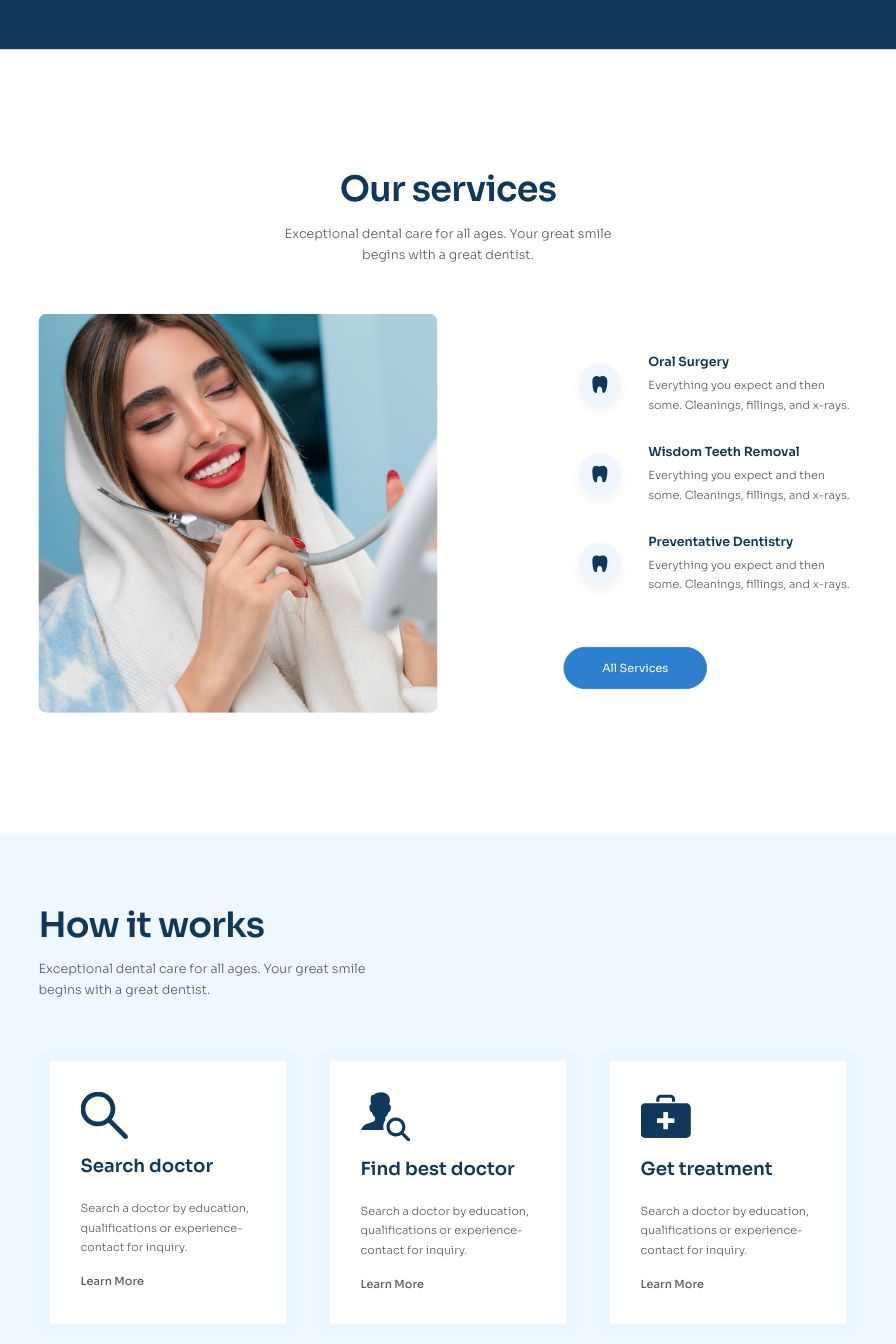
Repository: han2003dz/f8-project-03
Page: index.html
An editor plug-in stored every save of this project. The page is shown before and after a run of saves, followed by the edit.
The browser window is 1280 px wide. The pictures show the part of the page from y = 695 to 2615 px (the page is 6000 px tall), at 70% of full size.

Above is the page before, as saved 2023-05-06 21:57:42.

### index.html
<!DOCTYPE html>
<html lang="en">

<head>
    <meta charset="UTF-8">
    <meta http-equiv="X-UA-Compatible" content="IE=edge">
    <meta name="viewport" content="width=device-width, initial-scale=1.0">
    <title>Shine Smile</title>
    <!-- favicon -->
    <link rel="apple-touch-icon" sizes="57x57" href="./assets/favicon/apple-icon-57x57.png">
    <link rel="apple-touch-icon" sizes="60x60" href="./assets/favicon/apple-icon-60x60.png">
    <link rel="apple-touch-icon" sizes="72x72" href="./assets/favicon/apple-icon-72x72.png">
    <link rel="apple-touch-icon" sizes="76x76" href="./assets/favicon/apple-icon-76x76.png">
    <link rel="apple-touch-icon" sizes="114x114" href="./assets/favicon/apple-icon-114x114.png">
    <link rel="apple-touch-icon" sizes="120x120" href="./assets/favicon/apple-icon-120x120.png">
    <link rel="apple-touch-icon" sizes="144x144" href="./assets/favicon/apple-icon-144x144.png">
    <link rel="apple-touch-icon" sizes="152x152" href="./assets/favicon/apple-icon-152x152.png">
    <link rel="apple-touch-icon" sizes="180x180" href="./assets/favicon/apple-icon-180x180.png">
    <link rel="icon" type="image/png" sizes="192x192" href="./assets/favicon/android-icon-192x192.png">
    <link rel="icon" type="image/png" sizes="32x32" href="./assets/favicon/favicon-32x32.png">
    <link rel="icon" type="image/png" sizes="96x96" href="./assets/favicon/favicon-96x96.png">
    <link rel="icon" type="image/png" sizes="16x16" href="./assets/favicon/favicon-16x16.png">
    <link rel="manifest" href="./assets/favicon/manifest.json">
    <meta name="msapplication-TileColor" content="#ffffff">
    <meta name="msapplication-TileImage" content="./assets/favicon/ms-icon-144x144.png">
    <meta name="theme-color" content="#ffffff">
    <!-- embed font -->
    <link rel="preconnect" href="https://fonts.googleapis.com">
    <link rel="preconnect" href="https://fonts.gstatic.com" crossorigin>
    <link href="https://fonts.googleapis.com/css2?family=Sora:wght@300;400;500;600;700&display=swap" rel="stylesheet">
    <!-- my css -->
    <link rel="stylesheet" href="/assets/css/reset.css">
    <link rel="stylesheet" href="/assets/css/style.css">
</head>

<body style="height: 6000px;">
    <header class="header">
        <div class="container">
            <!-- nav -->
            <div class="navigation">
                <a href="#!">
                    <div class="logo">
                        <span class="logo__circle"></span>
                        <span class="logo__text">
                            <span class="logo__brand">shine</span>
                            <span class="logo__brand logo__brand--small">smile</span>
                        </span>
                    </div>
                </a>
                <nav class="navbar">
                    <ul class="nav__list">
                        <li class="nav__item">
                            <a href="#!" class="nav__link nav__link--active">Home</a>
                        </li>
                        <li class="nav__item">
                            <a href="#!" class="nav__link">Services</a>
                        </li>
                        <li class="nav__item">
                            <a href="#!" class="nav__link">About</a>
                        </li>
                        <li class="nav__item">
                            <a href="#!" class="nav__link">Doctors</a>
                        </li>
                    </ul>
                </nav>
                <!-- action -->
                <div class="header-action">
                    <a href="#!" class="header-action__login">Log In</a>
                    <button href="#!" class="header-action__sign-up btn">Sign Up</button>
                </div>
            </div>
            <!-- hero -->
            <section class="hero">
                <!-- hero content -->
                <div class="hero__content">
                    <h1 class="hero__heading">Exceptional dental care for all ages.</h1>
                    <p class="hero__desc">Exceptional dental care for all ages. Your great smile begins with a great
                        dentist.</p>
                    <div class="hero__row">
                        <a href="#!" class="btn hero__btn">Book Online</a>
                        <span class="hero__phone">or call (123) 456-7890</span>
                    </div>
                </div>
                <div class="hero__media">
                    <figure class="hero__images">
                        <img src="./assets/img/img1__hero.jpg" alt="" class="hero__img">
                        <img src="./assets/img/img2__hero.jpg" alt="" class="hero__img">
                    </figure>
                </div>

            </section>
        </div>
    </header>
    <main>
        <!-- service -->
        <div class="service">
            <div class="container">
                <h2 class="section-heading">Our services</h2>
                <p class="section-desc">Exceptional dental care for all ages. Your great smile begins with a great
                    dentist.</p>
                <div class="service__row">
                    <figure>
                        <img src="./assets/img/service-img3.jpg" alt="" class="service__img">
                    </figure>
                    <div>
                        <div class="service__list">
                            <!-- item 1 -->
                            <section class="service-item">
                                <div class="service-item__icon">
                                    <!-- icon -->
                                    <svg width="22" height="24" viewBox="0 0 22 24" fill="none"
                                        xmlns="http://www.w3.org/2000/svg">
                                        <path
                                            d="M20.3598 2.63964C17.9506 -0.556131 14.2772 -0.568132 11.2481 1.10682C11.001 1.24657 10.7219 1.31411 10.4406 1.30222C10.1592 1.29033 9.88633 1.19945 9.65105 1.03931C8.49552 0.245717 7.29036 -0.316477 5.13904 0.207462C0.623408 1.3071 0 4.90379 0 8.99816C0.0797353 12.1602 0.500857 15.3032 1.25551 18.3683C2.11836 22.0168 3.90382 24 5.43354 24C6.96326 24 7.00963 22.2204 7.00963 20.8016C7.00963 19.2009 7.39505 14.8009 10.8642 14.8009C13.5317 14.8009 14.3333 18.4013 14.3333 20.8016C14.3329 23.095 15.1722 24 16.6628 24C19.5267 24 20.9796 15.3938 21.3719 13.1237C21.7642 10.8535 22.9882 6.12569 20.3598 2.63964Z"
                                            fill="currentColor" />
                                    </svg>
                                </div>
                                <div class="service-item__body">
                                    <h3 class="service-item__heading">Oral Surgery</h3>
                                    <p class="service-item__desc">
                                        Everything you expect and then some. Cleanings, fillings, and x-rays.
                                    </p>
                                </div>
                            </section>
                            <!-- item 2 -->
                            <section class="service-item">
                                <div class="service-item__icon">
                                    <!-- icon -->
                                    <svg width="22" height="24" viewBox="0 0 22 24" fill="none"
                                        xmlns="http://www.w3.org/2000/svg">
                                        <path
                                            d="M20.3598 2.63964C17.9506 -0.556131 14.2772 -0.568132 11.2481 1.10682C11.001 1.24657 10.7219 1.31411 10.4406 1.30222C10.1592 1.29033 9.88633 1.19945 9.65105 1.03931C8.49552 0.245717 7.29036 -0.316477 5.13904 0.207462C0.623408 1.3071 0 4.90379 0 8.99816C0.0797353 12.1602 0.500857 15.3032 1.25551 18.3683C2.11836 22.0168 3.90382 24 5.43354 24C6.96326 24 7.00963 22.2204 7.00963 20.8016C7.00963 19.2009 7.39505 14.8009 10.8642 14.8009C13.5317 14.8009 14.3333 18.4013 14.3333 20.8016C14.3329 23.095 15.1722 24 16.6628 24C19.5267 24 20.9796 15.3938 21.3719 13.1237C21.7642 10.8535 22.9882 6.12569 20.3598 2.63964Z"
                                            fill="currentColor" />
                                    </svg>
                                </div>
                                <div class="service-item__body">
                                    <h3 class="service-item__heading">Wisdom Teeth Removal</h3>
                                    <p class="service-item__desc">
                                        Everything you expect and then some. Cleanings, fillings, and x-rays.
                                    </p>
                                </div>
                            </section>
                            <!-- item 3 -->
                            <section class="service-item">
                                <div class="service-item__icon">
                                    <!-- icon -->
                                    <svg width="22" height="24" viewBox="0 0 22 24" fill="none"
                                        xmlns="http://www.w3.org/2000/svg">
                                        <path
                                            d="M20.3598 2.63964C17.9506 -0.556131 14.2772 -0.568132 11.2481 1.10682C11.001 1.24657 10.7219 1.31411 10.4406 1.30222C10.1592 1.29033 9.88633 1.19945 9.65105 1.03931C8.49552 0.245717 7.29036 -0.316477 5.13904 0.207462C0.623408 1.3071 0 4.90379 0 8.99816C0.0797353 12.1602 0.500857 15.3032 1.25551 18.3683C2.11836 22.0168 3.90382 24 5.43354 24C6.96326 24 7.00963 22.2204 7.00963 20.8016C7.00963 19.2009 7.39505 14.8009 10.8642 14.8009C13.5317 14.8009 14.3333 18.4013 14.3333 20.8016C14.3329 23.095 15.1722 24 16.6628 24C19.5267 24 20.9796 15.3938 21.3719 13.1237C21.7642 10.8535 22.9882 6.12569 20.3598 2.63964Z"
                                            fill="currentColor" />
                                    </svg>
                                </div>
                                <div class="service-item__body">
                                    <h3 class="service-item__heading">Preventative Dentistry</h3>
                                    <p class="service-item__desc">
                                        Everything you expect and then some. Cleanings, fillings, and x-rays.
                                    </p>
                                </div>
                            </section>
                        </div>
                        <a href="" class="btn service__btn">All Services</a>
                    </div>
                </div>
            </div>
        </div>
        <section class="work">
            <div class="container">
                <h2 class="section-heading heading__work">How it works</h2>
                <p class="section-desc desc__work">Exceptional dental care for all ages. Your great smile begins with a
                    great dentist.
                </p>
                <div class="work__list">
                    <!-- item 1 -->
                    <section class="work-item">
                        <img src="./assets/icon/search.svg" alt="" class="work-item__icon">
                        <h3 class="work-item__heading">Search doctor</h3>
                        <p class="work-item__desc">Search a doctor by education, qualifications or experience-contact
                            for inquiry.
                        </p>
                        <a href="#!" class="learn-more">Learn More</a>
                    </section>
                    <!-- item 2 -->
                    <section class="work-item">
                        <img src="./assets/icon/search-user.svg" alt="" class="work-item__icon">
                        <h3 class="work-item__heading">Find best doctor</h3>
                        <p class="work-item__desc">Search a doctor by education, qualifications or experience-contact
                            for inquiry.
                        </p>
                        <a href="#!" class="learn-more">Learn More</a>
                    </section>
                    <!-- item 3 -->
                    <section class="work-item">
                        <img src="./assets/icon/bag.svg" alt="" class="work-item__icon">
                        <h3 class="work-item__heading">Get treatment</h3>
                        <p class="work-item__desc">Search a doctor by education, qualifications or experience-contact
                            for inquiry.
                        </p>
                        <a href="#!" class="learn-more">Learn More</a>
                    </section>
                </div>
            </div>
        </section>
        <!-- feature -->
        <section class="feature">
            <div class="container">
                <div class="feature-body">
                    <div class="feature__media">
                        <figure class="feature__images">
                            <img src="./assets/img/feature-img1.jpg" alt="" class="feature__img">
                            <img src="./assets/img/feature-img2.jpg" alt="" class="feature__img">
                        </figure>
                    </div>
                    <section class="feature__content">
                        <h2 class="section-heading">Take back your smile with shine.</h2>
                        <p class="section-desc">If you’re missing multiple teeth due to decay, injury, or the natural aging
                            process, dentures might be the perfect solution.
                        </p>
                        <a href="#!" class="btn">Learn More</a>
                    </section>
                </div>
            </div>
        </section>
    </main>
    <script src="./assets/app.js"></script>
</body>

</html>

### assets/css/style.css
* {
  box-sizing: border-box;
}
html {
  font-size: 62.5%;
}
body {
  font-size: 1.6rem;
  font-family: "Sora", sans-serif;
}
/* common */
.container {
  width: 1170px;
  max-width: calc(100% - 48px);
  margin: 0 auto;
}
.navigation {
  display: flex;
  justify-content: space-between;
  align-items: center;
}
a {
  text-decoration: none;
}
:root {
  --header-bg: #10375c;
  --primary-color: #2e80ce;
  --height-btn: 60px;
}
.nav__link,
.header-action__login {
  padding: 5px 14px;
  font-size: 1.6rem;
  font-weight: 300;
  color: #c9d2da;
}
.header-action__login:hover,
.nav__link:hover,
.nav__link--active {
  text-shadow: 1px 0 0 #fff;
}
.btn {
  display: inline-block;
  min-width: 205px;
  height: var(--height-btn);
  padding: 0 20px;
  border: 1px solid var(--primary-color);
  line-height: var(--height-btn);
  border-radius: 999px;
  font-weight: 400;
  font-size: 1.6rem;
  text-align: center;
  color: #fff;
  background: var(--primary-color);
}
.btn:hover {
  opacity: 0.9;
  cursor: pointer;
}
/* header */
.header {
  padding-top: 30px;
  padding-bottom: 100px;
  min-height: 100vh;
  background: var(--header-bg);
}

.logo {
  /* 1em = 10px */
  font-size: 1rem;
  position: relative;
  display: inline-flex;
  align-items: center;
}
.logo__circle::before,
.logo__circle::after {
  display: inline-block;
  content: "";
  border-radius: 50%;
}
.logo__circle::before {
  width: 3em;
  height: 3em;
  background: var(--primary-color);
}
.logo__circle::after {
  width: 1.6em;
  height: 1.6em;
  background: #fff;
  position: absolute;
  top: 1.1em;
  left: 1.1em;
}
.logo__text {
  margin-left: 0.6em;
  text-align: right;
  line-height: 1.6em;
}
.logo__brand {
  display: block;
  font-weight: 400;
  font-size: 1.8em;
  color: #fff;
}
.logo__brand--small {
  font-size: 1.2em;
  font-weight: 300;
}
/* navbar */
.navbar .nav__list {
  display: flex;
}
.nav__link {
  padding: 5px 21px;
}
.nav__link--active {
  pointer-events: none;
}
.nav__link--active::before {
  position: relative;
  left: -8px;
  bottom: 2px;
  content: "";
  display: inline-block;
  width: 6px;
  height: 6px;
  background: #fff;
  border-radius: 50%;
}
/* header-action */
.header-action {
  display: flex;
  align-items: center;
}
.header-action__login {
  margin-right: 7px;
}
.header-action__sign-up {
  min-width: 120px;
}
/* hero */
.hero {
  display: flex;
  margin-top: 76px;
  align-items: center;
}
.hero__content {
  /* giải quyết vấn đề co nhỏ */
  flex-shrink: 0;
  width: 44%;
}
.hero__media {
  flex-grow: 1;
}
.hero__heading {
  font-weight: 600;
  font-size: 7rem;
  line-height: 1.14;
  /* or 114% */
  letter-spacing: -0.02em;
  color: #ffffff;
}
.hero__desc {
  font-weight: 300;
  font-size: 1.8rem;
  line-height: 1.67;
  /* or 167% */
  color: #c9d2da;
  margin-top: 22px;
  margin-bottom: 38px;
}
.hero__phone {
  font-weight: 400;
  font-size: 1.8rem;
  line-height: 1.67;
  color: #fff;
}
.hero__row {
  display: flex;
  align-items: center;
  gap: 38px;
}
.hero__images {
  display: flex;
  align-items: center;
  justify-content: flex-end;
}
.hero__img {
  width: 330px;
  height: 500px;
  border-radius: 6px;
  object-fit: cover;
}
.hero__img:last-child {
  width: 210px;
  height: 400px;
}
/* service */
.service {
  padding: 170px 0;
}
.section-heading,
.section-desc {
  text-align: center;
}
.section-heading {
  font-weight: 600;
  font-size: 5rem;
  line-height: 1.2;
  /* identical to box height, or 120% */
  letter-spacing: -0.02em;
  color: #10375c;
  margin-bottom: 18px;
}
.section-desc {
  font-weight: 300;
  font-size: 1.8rem;
  line-height: 1.67;
  /* or 167% */
  margin: 0 auto;
  color: #575f66;
  max-width: 468px;
}
.service__row {
  margin-top: 70px;
  display: flex;
  justify-content: space-between;
  align-items: center;
}
.service__img {
  width: 570px;
  height: 570px;
  object-fit: cover;
  border-radius: 12px;
}
.service-item {
  display: flex;
  max-width: 420px;
  height: 128px;
  background: #ffffff;
  border-radius: 10px;
  align-items: center;
}
.service-item:hover {
  box-shadow: 0px 14px 28px rgba(0, 0, 0, 0.05);
  border-radius: 10px;
  cursor: pointer;
  position: relative;
}
.service-item:hover .service-item__icon {
  background: #2e80ce;
  box-shadow: 0px 8px 16px rgba(40, 155, 222, 0.15);
  color: #fff;
}
.service-item__heading {
  font-weight: 600;
  font-size: 1.8rem;
  line-height: 1.27;
  /* identical to box height */
  color: #10375c;
  margin-bottom: 8px;
}
.service-item__desc {
  font-weight: 300;
  font-size: 1.6rem;
  line-height: 1.75;
  /* or 175% */
  color: #575f66;
  max-width: 308px;
}
.service-item__icon {
  display: flex;
  justify-content: center;
  align-items: center;
  margin-right: 19px;
  margin-left: 22px;
  flex-shrink: 0;
  width: 60px;
  height: 60px;
  border-radius: 50%;
  background: #eff6fd;
  box-shadow: 0px 8px 16px rgba(0, 0, 0, 0.05);
  color: #10375c;
}
.service-item__body {
  margin-left: 20px;
}
.service__btn {
  margin-top: 55px;
}
/* work */
.work {
  padding: 100px 0;
  background: #f0f8ff;
}
.heading__work,
.desc__work {
  text-align: left;
  margin: 0;
}
.desc__work {
  margin-top: 18px;
}
.work__list {
  display: grid;
  grid-template-columns: repeat(3, 1fr);
  margin-top: 70px;
  column-gap: 30px;
}
.work-item {
  padding: 44px;
  border-radius: 12px;
  border: 16px solid #eaf6ff;
  background: #fff;
  transition: 0.25s;
}
.work-item:hover {
  border: 16px solid var(--primary-color);
  transform: translateY(-16px);
}
.work-item__heading {
  margin-top: 18px;
  font-weight: 600;
  font-size: 2.6rem;
  line-height: 1.38;
  /* identical to box height, or 138% */
  color: var(--header-bg);
}
.work-item__desc,
.learn-more {
  margin-top: 28px;
  font-weight: 300;
  font-size: 16px;
  line-height: 28px;
  /* or 175% */
  color: #575f66;
}
.learn-more {
  display: inline-block;
  margin-top: 20px;
  font-weight: 500;
}
.learn-more:hover {
  font-weight: 600;
  color: #2e80ce;
  transition: 0.2s;
  transform: translateY(-3px);
}

/* feature */
.feature {
  margin-top: 85px;
  padding: 85px 0;
}
.feature-body {
  display: flex;
  gap: 130px;
}
.feature__media {
  width: 48%;
}
.feature__images {
  position: relative;
  padding-bottom: 121px;
}
.feature__img {
  width: 512px;
  height: 370px;
  border-radius: 6px;
  object-fit: cover;
}
.feature__img:last-child {
  width: 332px;
  position: absolute;
  right: 0;
  bottom: 0;
}
.section-heading {
  font-size: 5rem;
  line-height: 1.2;

}
.section-heading,
.section-desc{

}

### assets/app.js
const navItems = document.querySelectorAll(".nav__link");
function handleClickNav(event){
    [...navItems].forEach(item => item.classList.remove("nav__link--active"));
    event.target.classList.add("nav__link--active");
    console.log(event.target);
}
[...navItems].forEach(item => item.addEventListener("click", handleClickNav));

Loaded but not shown: assets/css/reset.css (common file)

After the next 4 saves:
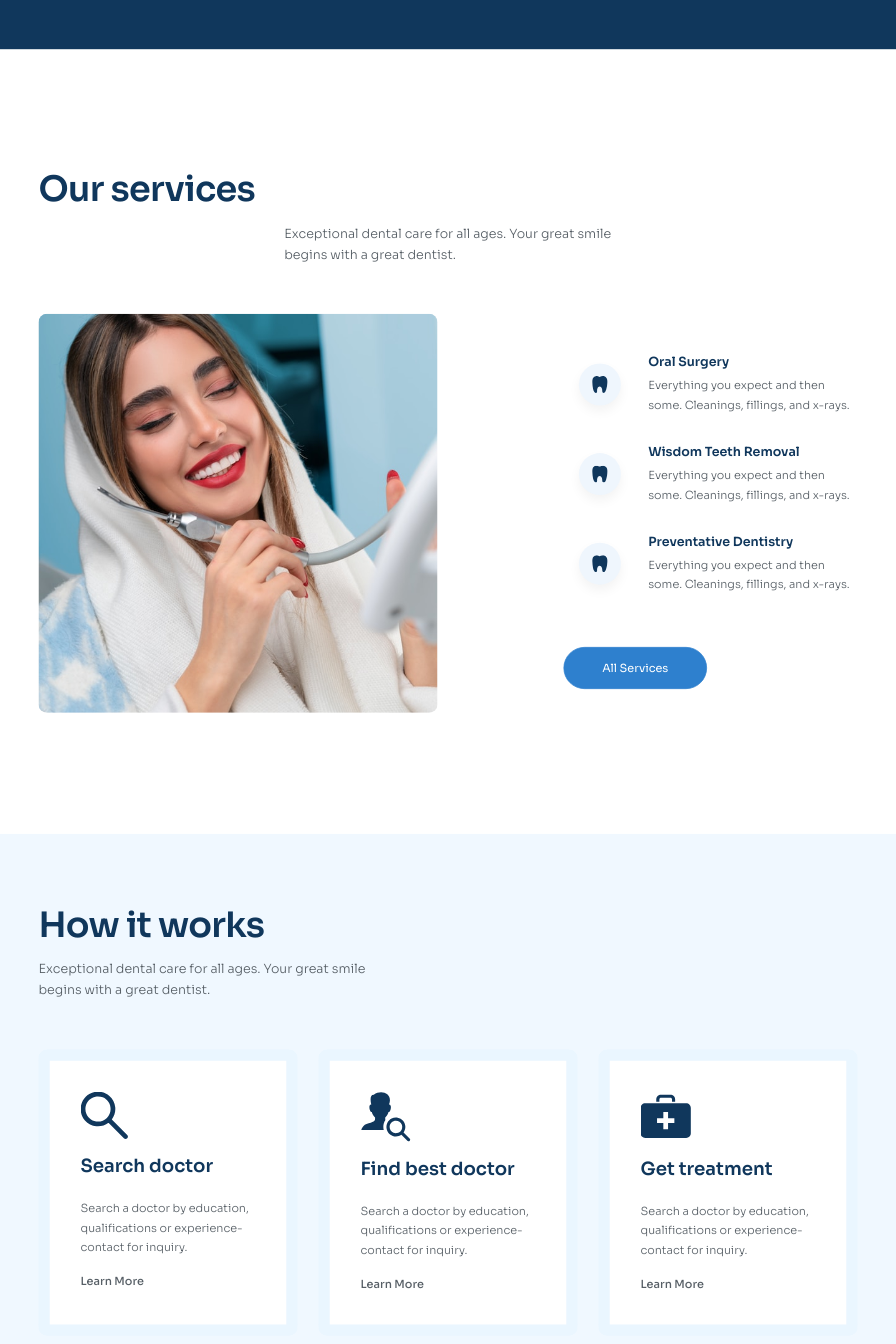
The 4 saves are shown as one change because they came seconds apart.
The last was saved 11 s later.
--- a/assets/css/style.css
+++ b/assets/css/style.css
@@ -378,9 +378,8 @@ a {
 .section-heading {
   font-size: 5rem;
   line-height: 1.2;
-
 }
 .section-heading,
-.section-desc{
-
-}
+.section-desc {
+  text-align: left;
+}
